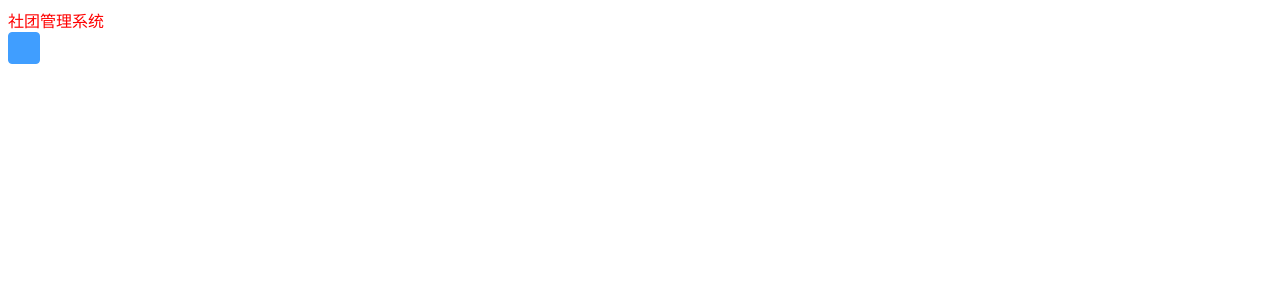
Repository: SanaatanX/Web-Engineering
Page: /home (app in 网站系统/team-pc/)
An editor plug-in stored every save of this project. The page is shown before and after the next save, followed by the edit.
The browser window is 1280 px wide. The pictures show the whole page.
The project was rebuilt for these pictures with package versions that can differ from the ones it lists, and the page was loaded fresh each time. Also part of the build but not shown: 网站系统/team-pc/vite.config.ts.

Above is the page before, as saved 2025-04-14 21:02:25.

After the next save:
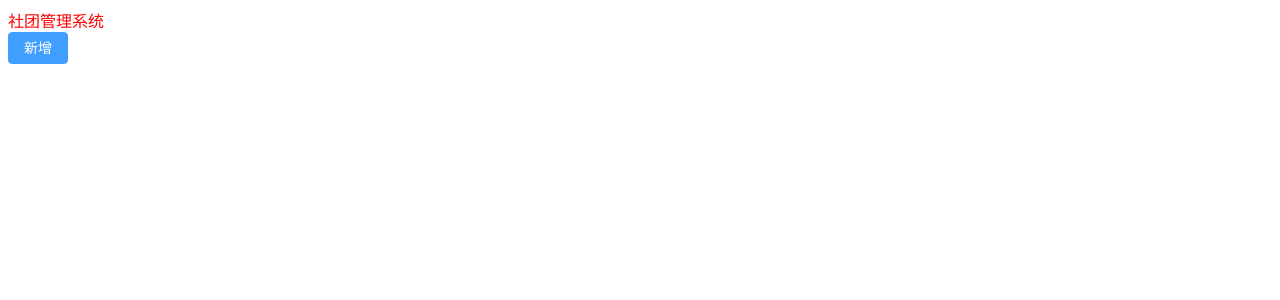
Saved 4 s later.
--- a/网站系统/team-pc/src/components/HelloWorld.vue
+++ b/网站系统/team-pc/src/components/HelloWorld.vue
@@ -8,7 +8,7 @@ const count = ref(0)
 
 <template>
   <div style="color: red;"> 社团管理系统</div>
-  <el-button type="primary" size="default" ></el-button>
+  <el-button type="primary" size="default" >新增</el-button>
 </template>
 
 <style scoped>
